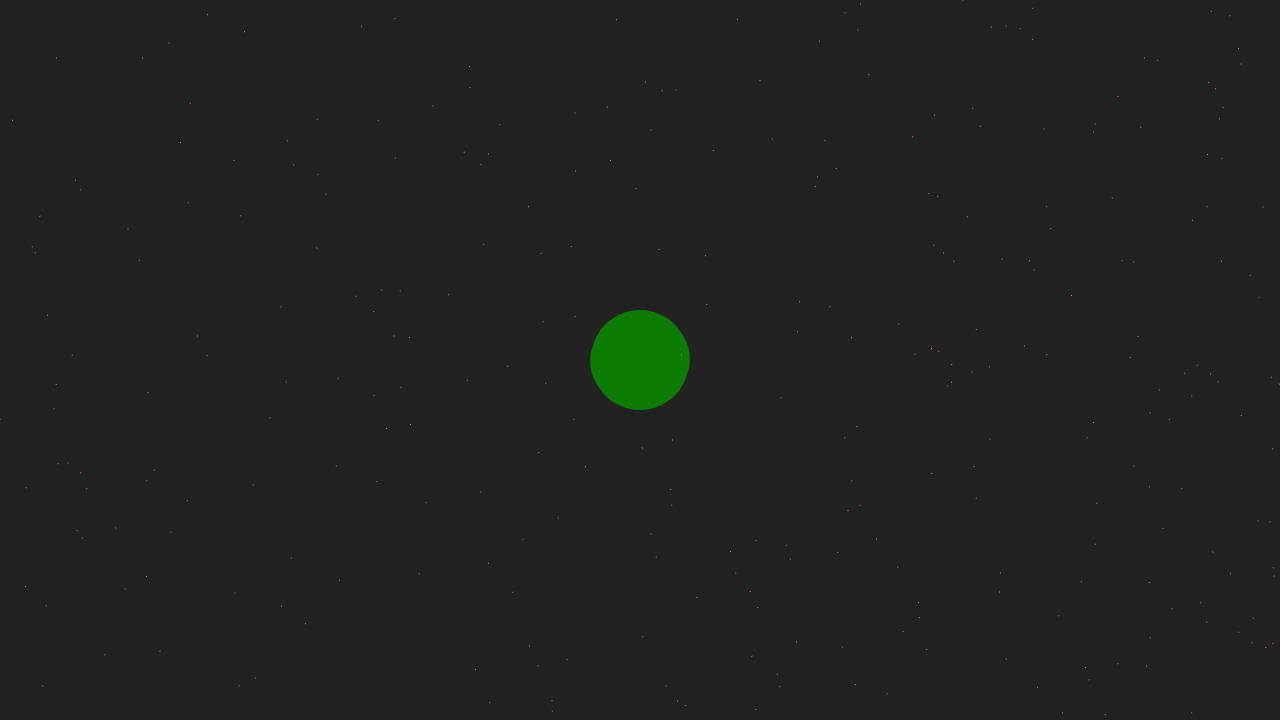
Repository: ZakariaZhlat125/multiple3dWindow
Page: index.html
An editor plug-in stored every save of this project. The page is shown before and after the next save, followed by the edit.
The browser window is 1280 px wide. The pictures show the whole page.

Above is the page before, as saved 2023-12-03 22:50:23.

After the next save:
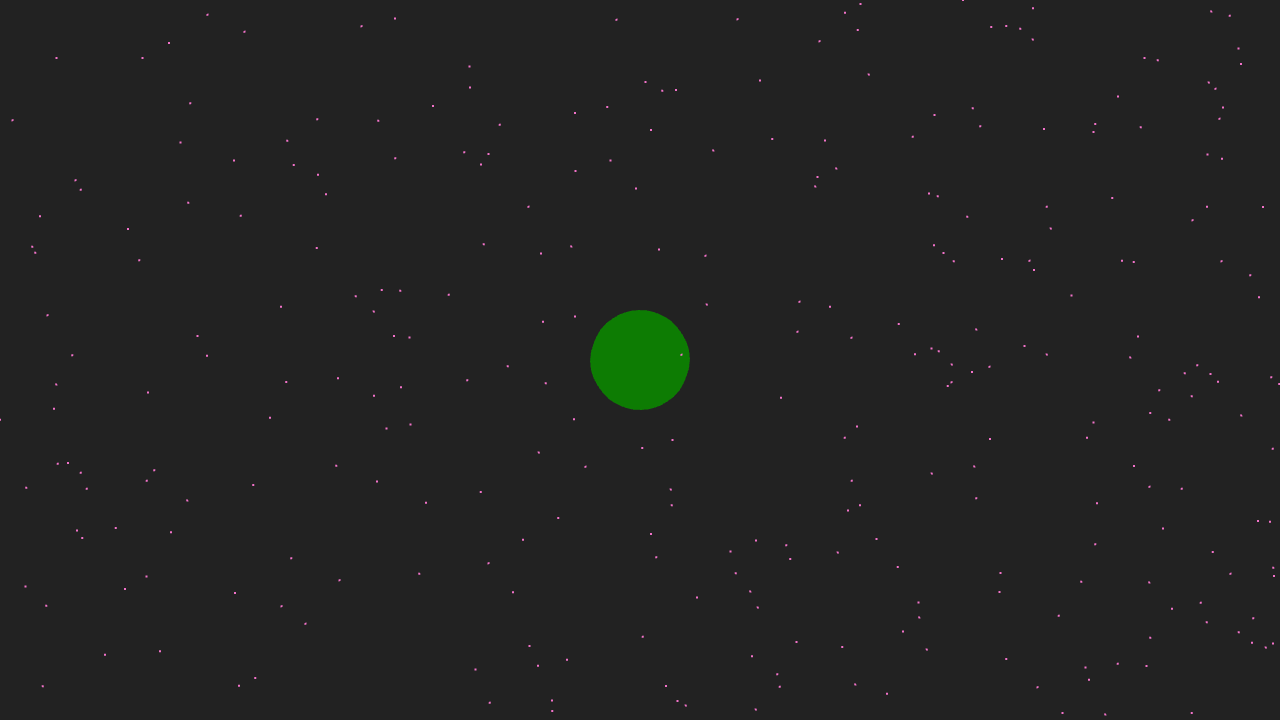
Saved 19 s later.
--- a/main.js
+++ b/main.js
@@ -204,7 +204,7 @@ if (new URLSearchParams(window.location.search).get("clear")) {
     const material = new t.PointsMaterial({
       transparent: true,
       color: 0xf272c8,
-    //   size: 1.0,
+      size: 2.0,
       sizeAttenuation: true,
       depthWrite: false,
     });
